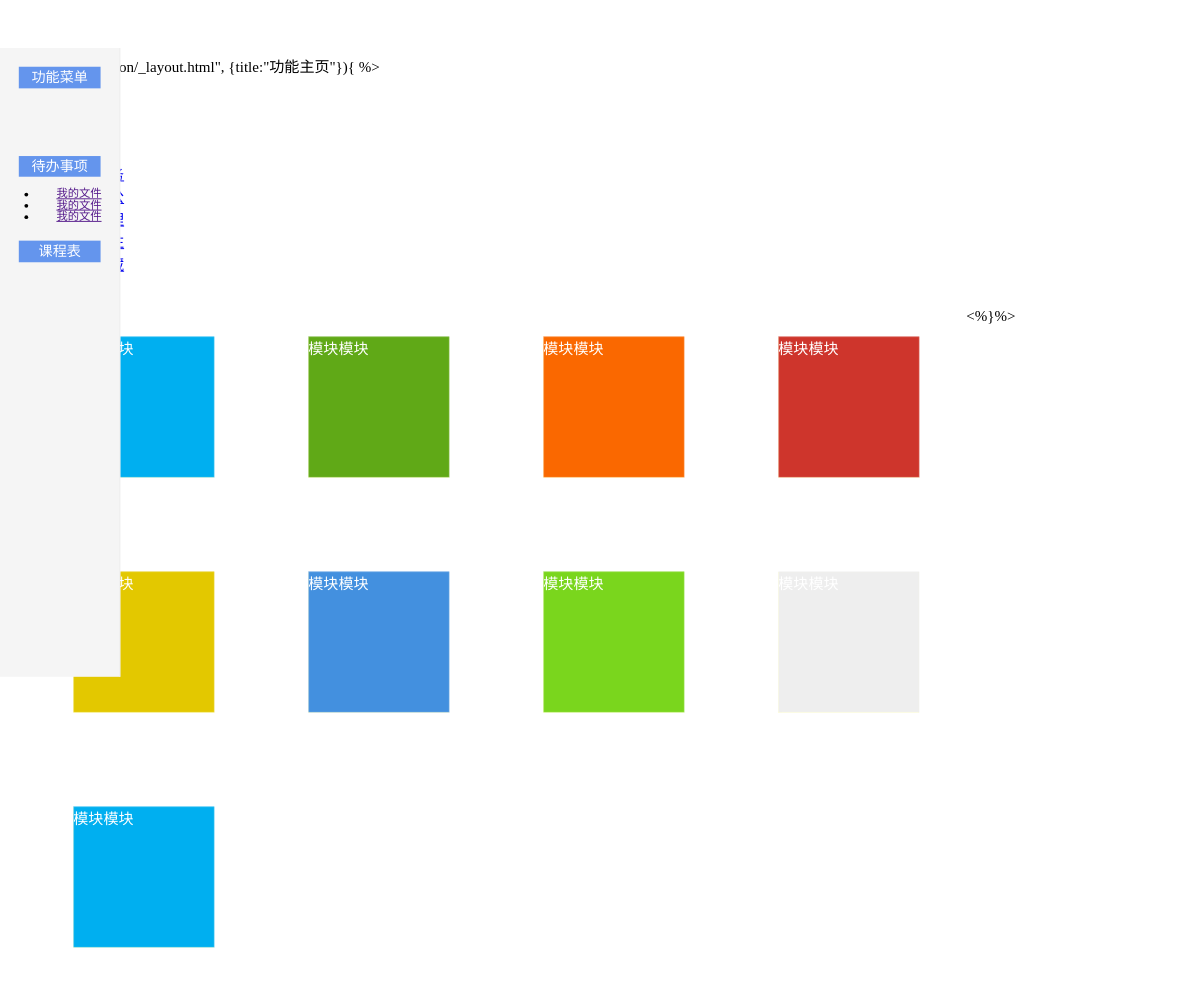
Repository: GaoChengliang/summerTask
Page: Campus_gcl/WebRoot/index/index.html
An editor plug-in stored every save of this project. The page is shown before and after the next save, followed by the edit.
The browser window is 1280 px wide. The pictures show the whole page, at 94% of full size.

Above is the page before, as saved 2015-08-14 01:46:42.
Console error: ReferenceError: $ is not defined

### Campus_gcl/WebRoot/index/index.html
<%layout("/common/_layout.html", {title:"功能主页"}){ %>
<link href="/css/index/sub_index.css" rel="stylesheet"/>
<script src="/js/index/index.js"></script>
<div class="container-fluid">
	<div class="row">
        <div id="sidebar" class="col-md-2 sidebar">
      	  <div class="nav nac-sidebar font-style-background-blue">
      	  	  功能菜单
      	  </div>
      	  <br/><br/><br/><br/>
      	   <div class="nav nac-sidebar font-style-background-blue">
      	  	  待办事项
      	  </div>
          <ul class="nav nav-sidebar font-style-li">
            <li><a href="">我的文件</a></li>
            <li><a href="">我的文件</a></li>
            <li><a href="">我的文件</a></li>
          </ul>

           <div class="nav nac-sidebar font-style-background-blue">
      	  	  课程表
      	   </div>

        </div>
        <div class="col-md-10 col-md-offset-2">
        <div class="body-main">
   				<ul id="myTab" class="nav nav-tabs">
					<li class="active">
						<a href="#all" data-toggle="tab">全部</a>
					</li>
					<li>
						<a href="#education" data-toggle="tab">教学教务</a>
					</li>
					<li>
						<a href="#campus_office" data-toggle="tab">校园办公</a>
					</li>
					<li>
						<a href="#system_manage" data-toggle="tab">系统管理</a>
					</li>
					<li>
						<a href="#focus" data-toggle="tab">我的关注</a>
					</li>
					<li>
						<a href="#collection" data-toggle="tab">我的收藏</a>
					</li>
				</ul>
				<div id="myTabContent" class="tab-content">
					<div class="tab-pane fade in active" id="all">
						 <div class="tile-square bg-blue fg-white">
              		 		模块模块
        				 </div>
        				 <div class="tile-square bg-green fg-white">
              		 		模块模块
        				 </div>
        				 <div class="tile-square bg-orange fg-white">
              		 		模块模块
        				 </div>
        				 <div class="tile-square bg-red fg-white">
              		 		模块模块
        				 </div>
        				 <div class="tile-square bg-yellow fg-white">
              		 		模块模块
        				 </div>
        				 <div class="tile-square bg-lightBlue fg-white">
              		 		模块模块
        				 </div>
        				 <div class="tile-square bg-lightGreen fg-white">
              		 		模块模块
        				 </div>
        				 <div class="tile-square bg-lightGray fg-white">
              		 		模块模块
        				 </div>

					</div>
					<div class="tab-pane fade" id="education">
						 <div class="tile-square bg-blue fg-white">
              		 		模块模块
        				 </div>
					</div>
				</div>
			</div>
		</div>
        </div>
     </div>
<%}%>

### Campus_gcl/WebRoot/css/index/sub_index.css
/*
 * Base structure
 */

/* Move down content because we have a fixed navbar that is 50px tall */
body {
	padding-top: 50px;
	padding-bottom: 20px;
}

/*
 * Global add-ons
 */
.sub-header {
	padding-bottom: 10px;
	border-bottom: 1px solid #eee;
}

/*
 * Top navigation
 * Hide default border to remove 1px line.
 */
.navbar-fixed-top {
	border: 0;
}

/*
 * Sidebar
 */

/* Hide for mobile, show later */
.sidebar {
	display: none;
}

@media ( min-width : 768px) {
	.sidebar {
		position: fixed;
		top: 51px;
		bottom: 0;
		left: 0;
		z-index: 1000;
		display: block;
		padding: 20px;
		overflow-x: hidden;
		overflow-y: auto;
		/* Scrollable contents if viewport is shorter than content. */
		background-color: #f5f5f5;
		border-right: 1px solid #eee;
	}
}

/* Sidebar navigation */
.nav-sidebar {
	margin-right: -21px; /* 20px padding + 1px border */
	margin-bottom: 20px;
	margin-left: -20px;
}

.nav-sidebar>li>a {
	padding-right: 20px;
	padding-left: 20px;
}

.nav-sidebar>.active>a, .nav-sidebar>.active>a:hover, .nav-sidebar>.active>a:focus
	{
	color: #fff;
	background-color: #428bca;
}

/*
 * Main content
 */
.main {
	padding: 20px;
}

@media ( min-width : 768px) {
	.main {
		padding-right: 40px;
		padding-left: 40px;
	}
}

.main .page-header {
	margin-top: 0;
}

/*
 * Placeholder dashboard ideas
 */
.placeholders {
	margin-bottom: 30px;
	text-align: center;
}

.placeholders h4 {
	margin-bottom: 0;
}

.placeholder {
	margin-bottom: 20px;
}

.placeholder img {
	display: inline-block;
	border-radius: 50%;
}

.font-style-big {
	font-size: 20px;
	text-align:center;
	line-height:150%;
	color: #FFF;
	font-family: "SimHei";
}

.font-style-mid {
	font-size: 12px;
	text-align:center;
	line-height:150%;
	color: #FFF;
	font-family: "SimHei";
}

.font-style-small {
	font-size: 10px;
	text-align:center;
	line-height:100%;
	color: #FFF;
}

.font-style-tiny {
	font-size: 8px;
	text-align:center;
	line-height:100%;
	color: #FFF;
}

.font-style-background-blue {
	background:#6495ED;
	font-size: 15px;
	text-align:center;
	line-height:150%;
	color: #FFF;
	font-family: "SimHei";
}

.font-style-li {
	font-size: 12px;
	text-align:center;
	line-height:100%;
}

.body-main{
	padding-top: 50px;
	padding-bottom: 20px;
	padding-left: 20px;
	padding-right: 20px;
}


/*
 * block
 */
.bg-black {
  background: #000000 !important;
}
.bg-white {
  background: #ffffff !important;
}
.bg-lime {
  background: #a4c400 !important;
}
.bg-green {
  background: #60a917 !important;
}
.bg-emerald {
  background: #008a00 !important;
}
.bg-teal {
  background: #00aba9 !important;
}
.bg-cyan {
  background: #1ba1e2 !important;
}
.bg-cobalt {
  background: #0050ef !important;
}
.bg-indigo {
  background: #6a00ff !important;
}
.bg-violet {
  background: #aa00ff !important;
}
.bg-pink {
  background: #dc4fad !important;
}
.bg-magenta {
  background: #d80073 !important;
}
.bg-crimson {
  background: #a20025 !important;
}
.bg-red {
  background: #ce352c !important;
}
.bg-orange {
  background: #fa6800 !important;
}
.bg-amber {
  background: #f0a30a !important;
}
.bg-yellow {
  background: #e3c800 !important;
}
.bg-brown {
  background: #825a2c !important;
}
.bg-olive {
  background: #6d8764 !important;
}
.bg-steel {
  background: #647687 !important;
}
.bg-mauve {
  background: #76608a !important;
}
.bg-taupe {
  background: #87794e !important;
}
.bg-gray {
  background: #555555 !important;
}
.bg-dark {
  background: #333333 !important;
}
.bg-darker {
  background: #222222 !important;
}
.bg-transparent {
  background: transparent !important;
}
.bg-darkBrown {
  background: #63362f !important;
}
.bg-darkCrimson {
  background: #640024 !important;
}
.bg-darkMagenta {
  background: #81003c !important;
}
.bg-darkIndigo {
  background: #4b0096 !important;
}
.bg-darkCyan {
  background: #1b6eae !important;
}
.bg-darkCobalt {
  background: #00356a !important;
}
.bg-darkTeal {
  background: #004050 !important;
}
.bg-darkEmerald {
  background: #003e00 !important;
}
.bg-darkGreen {
  background: #128023 !important;
}
.bg-darkOrange {
  background: #bf5a15 !important;
}
.bg-darkRed {
  background: #9a1616 !important;
}
.bg-darkPink {
  background: #9a165a !important;
}
.bg-darkViolet {
  background: #57169a !important;
}
.bg-darkBlue {
  background: #16499a !important;
}
.bg-lightBlue {
  background: #4390df !important;
}
.bg-lightRed {
  background: #da5a53 !important;
}
.bg-lightGreen {
  background: #7ad61d !important;
}
.bg-lighterBlue {
  background: #00ccff !important;
}
.bg-lightTeal {
  background: #45fffd !important;
}
.bg-lightOlive {
  background: #78aa1c !important;
}
.bg-lightOrange {
  background: #c29008 !important;
}
.bg-lightPink {
  background: #f472d0 !important;
}
.bg-grayDark {
  background: #333333 !important;
}
.bg-grayDarker {
  background: #222222 !important;
}
.bg-grayLight {
  background: #999999 !important;
}
.bg-grayLighter {
  background: #eeeeee !important;
}
.bg-blue {
  background: #00aff0 !important;
}
.fg-black {
  color: #000000 !important;
}
.fg-white {
  color: #ffffff !important;
}
.fg-lime {
  color: #a4c400 !important;
}
.fg-green {
  color: #60a917 !important;
}
.fg-emerald {
  color: #008a00 !important;
}
.fg-teal {
  color: #00aba9 !important;
}
.fg-cyan {
  color: #1ba1e2 !important;
}
.fg-cobalt {
  color: #0050ef !important;
}
.fg-indigo {
  color: #6a00ff !important;
}
.fg-violet {
  color: #aa00ff !important;
}
.fg-pink {
  color: #dc4fad !important;
}
.fg-magenta {
  color: #d80073 !important;
}
.fg-crimson {
  color: #a20025 !important;
}
.fg-red {
  color: #ce352c !important;
}
.fg-orange {
  color: #fa6800 !important;
}
.fg-amber {
  color: #f0a30a !important;
}
.fg-yellow {
  color: #e3c800 !important;
}
.fg-brown {
  color: #825a2c !important;
}
.fg-olive {
  color: #6d8764 !important;
}
.fg-steel {
  color: #647687 !important;
}
.fg-mauve {
  color: #76608a !important;
}
.fg-taupe {
  color: #87794e !important;
}
.fg-gray {
  color: #555555 !important;
}
.fg-dark {
  color: #333333 !important;
}
.fg-darker {
  color: #222222 !important;
}
.fg-transparent {
  color: transparent !important;
}
.fg-darkBrown {
  color: #63362f !important;
}
.fg-darkCrimson {
  color: #640024 !important;
}
.fg-darkMagenta {
  color: #81003c !important;
}
.fg-darkIndigo {
  color: #4b0096 !important;
}
.fg-darkCyan {
  color: #1b6eae !important;
}
.fg-darkCobalt {
  color: #00356a !important;
}
.fg-darkTeal {
  color: #004050 !important;
}
.fg-darkEmerald {
  color: #003e00 !important;
}
.fg-darkGreen {
  color: #128023 !important;
}
.fg-darkOrange {
  color: #bf5a15 !important;
}
.fg-darkRed {
  color: #9a1616 !important;
}
.fg-darkPink {
  color: #9a165a !important;
}
.fg-darkViolet {
  color: #57169a !important;
}
.fg-darkBlue {
  color: #16499a !important;
}
.fg-lightBlue {
  color: #4390df !important;
}
.fg-lighterBlue {
  color: #00ccff !important;
}
.fg-lightTeal {
  color: #45fffd !important;
}
.fg-lightOlive {
  color: #78aa1c !important;
}
.fg-lightOrange {
  color: #c29008 !important;
}
.fg-lightPink {
  color: #f472d0 !important;
}
.fg-lightRed {
  color: #da5a53 !important;
}
.fg-lightGreen {
  color: #7ad61d !important;
}
.fg-grayDark {
  color: #333333 !important;
}
.fg-grayDarker {
  color: #222222 !important;
}
.fg-grayLight {
  color: #999999 !important;
}
.fg-grayLighter {
  color: #eeeeee !important;
}
.fg-blue {
  color: #00aff0 !important;
}

.tile-square {
  width: 150px;
  height: 150px;
  display: block;
  float: left;
  margin: 50px;
  background-color: #eeeeee;
  box-shadow: inset 0 0 1px #FFFFCC;
  cursor: pointer;
  position: relative;
  overflow: hidden;
  -webkit-user-select: none;
     -moz-user-select: none;
      -ms-user-select: none;
          user-select: none;
  overflow: visible;
}
.tile-square:hover {
  outline: #999999 solid 3px;
}
.tile-square:active {
  outline: 0;
}
.tile-square.no-outline {
  outline-color: transparent;
}
.tile-square.small-tile {
  width: 70px;
  height: 70px;
}
.tile-square.wide-tile {
  width: 310px;
  height: 150px;
}
.tile-square.wide-tile-v {
  height: 310px;
  width: 150px;
}
.tile-square.large-tile {
  width: 310px;
  height: 310px;
}
.tile-square.big-tile {
  width: 470px;
  height: 470px;
}
.tile-square.super-tile {
  width: 630px;
  height: 630px;
}
.tile-square .tile-content.flipVertical {
  -webkit-transform: perspective(1000px);
          transform: perspective(1000px);
  overflow: visible;
}
.tile-square:hover .tile-content.flipVertical,
.tile-square.hover .tile-content.flipVertical,
.tile-square.flip .tile-content.flipVertical {
  -webkit-transform: rotateY(180deg);
          transform: rotateY(180deg);
}
.tile-square .tile-content.flipVertical {
  -webkit-transform-style: preserve-3d;
          transform-style: preserve-3d;
  transition: all 0.6s ease;
}
.tile-square .tile-content.flipVertical .slide,
.tile-square .tile-content.flipVertical .slide-over {
  top: 0;
  left: 0;
  position: absolute;
  height: 100%;
  width: 100%;
  -webkit-backface-visibility: hidden;
          backface-visibility: hidden;
}
.tile-square .tile-content.flipVertical .slide {
  z-index: 2;
  -webkit-transform: rotateY(0deg);
          transform: rotateY(0deg);
}
.tile-square .tile-content.flipVertical .slide-over {
  -webkit-transform: rotateY(180deg);
          transform: rotateY(180deg);
}
.tile-square .tile-content.flipHorizontal {
  -webkit-transform: perspective(1000px);
          transform: perspective(1000px);
  overflow: visible;
}
.tile-square:hover .tile-content.flipHorizontal,
.tile-square.hover .tile-content.flipHorizontal,
.tile-square.flip .tile-content.flipHorizontal {
  -webkit-transform: rotateX(180deg);
          transform: rotateX(180deg);
}
.tile-square .tile-content.flipHorizontal {
  -webkit-transform-style: preserve-3d;
          transform-style: preserve-3d;
  transition: all 0.6s ease;
}
.tile-square .tile-content.flipHorizontal .slide,
.tile-square .tile-content.flipHorizontal .slide-over {
  top: 0;
  left: 0;
  position: absolute;
  height: 100%;
  width: 100%;
  -webkit-backface-visibility: hidden;
          backface-visibility: hidden;
}
.tile-square .tile-content.flipHorizontal .slide {
  z-index: 2;
  -webkit-transform: rotateX(0deg);
          transform: rotateX(0deg);
}
.tile-square .tile-content.flipHorizontal .slide-over {
  -webkit-transform: rotateX(180deg);
          transform: rotateX(180deg);
}
.tile-square .tile-badge {
  position: absolute;
  bottom: 0;
  right: .625rem;
  padding: .25rem .625rem;
  z-index: 999;
}
.tile-square .tile-label {
  position: absolute;
  bottom: 0;
  left: .625rem;
  padding: .425rem .25rem;
  z-index: 999;
}

.tile-content {
  position: absolute;
  top: 0;
  left: 0;
  width: 100%;
  height: inherit;
  overflow: hidden;
  display: none;
}
.tile-content:first-child {
  display: block;
}
.tile-content .live-slide {
  position: absolute;
  height: 100%;
  width: 100%;
  top: 0;
  left: 0;
  display: none;
  overflow: hidden;
}
.tile-content .live-slide:nth-child(1) {
  display: block;
}
.tile-content.iconic .icon {
  position: absolute;
  width: 64px;
  height: 64px;
  font-size: 64px;
  top: 50%;
  margin-top: -40px;
  left: 50%;
  margin-left: -32px;
  text-align: center;
}

### Campus_gcl/WebRoot/js/index/index.js
$(document).ready(function() {
        $("a[name='min']").click(function(){
        	$("#sidebar").hide();
        	$(".col-sm-9").removeClass().addClass("col-sm-12");
        	$(".col-md-10").removeClass().addClass("col-md-12");
        	$(".col-md-offset-2").removeClass();
        	$(".col-sm-offset-3").removeClass();
        });
        $("a[name='max']").click(function(){
        	$("#sidebar").show();
        	$(".col-sm-12").removeClass().addClass("col-sm-9").addClass("col-sm-offset-3");
        	$(".col-md-12").removeClass().addClass("col-md-10").addClass("col-md-offset-2");
        });
    });

After the next save:
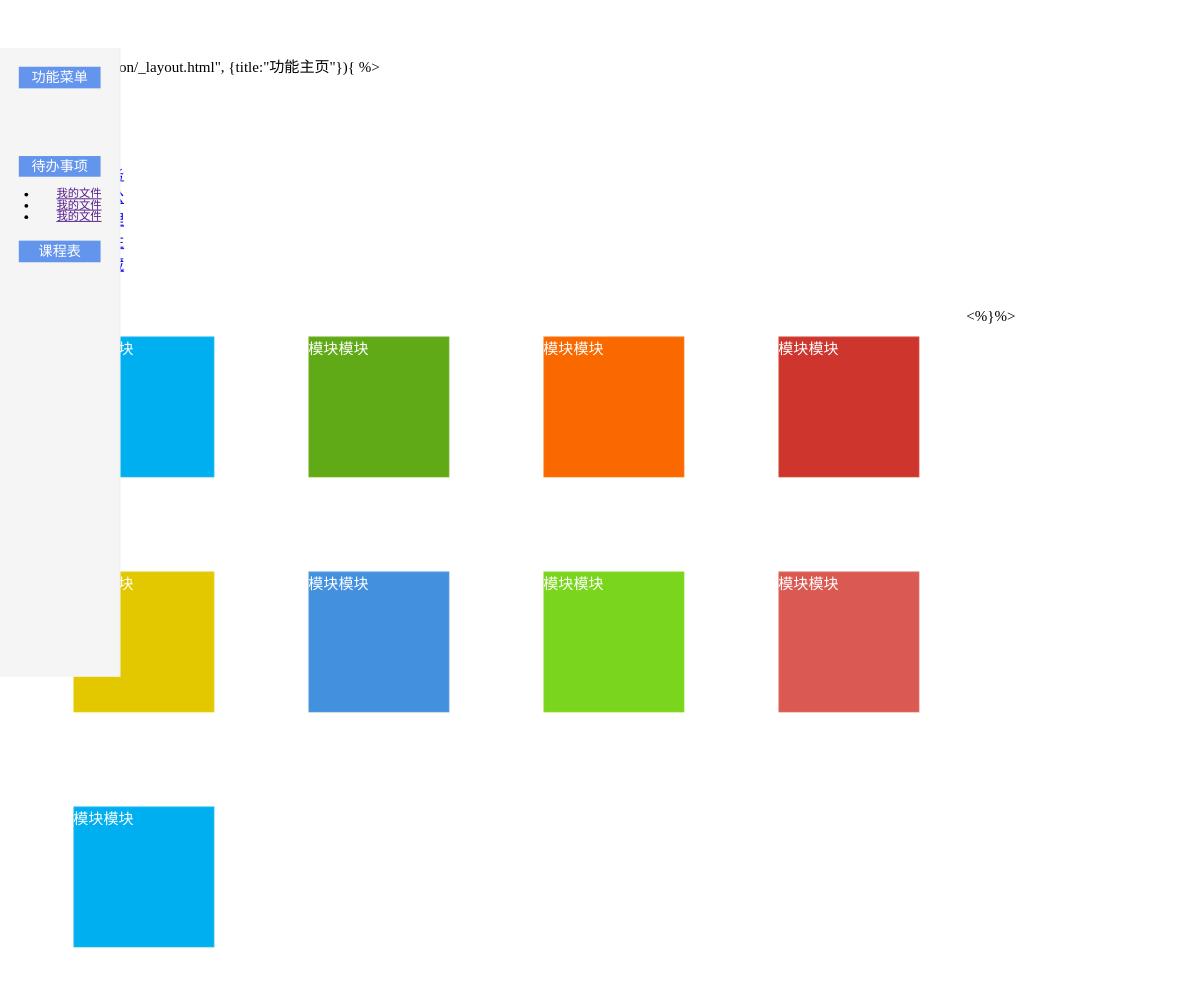
Saved 15 s later.
--- a/Campus_gcl/WebRoot/index/index.html
+++ b/Campus_gcl/WebRoot/index/index.html
@@ -67,7 +67,7 @@
         				 <div class="tile-square bg-lightGreen fg-white">
               		 		模块模块
         				 </div>
-        				 <div class="tile-square bg-lightGray fg-white">
+        				 <div class="tile-square bg-lightRed fg-white">
               		 		模块模块
         				 </div>
 
